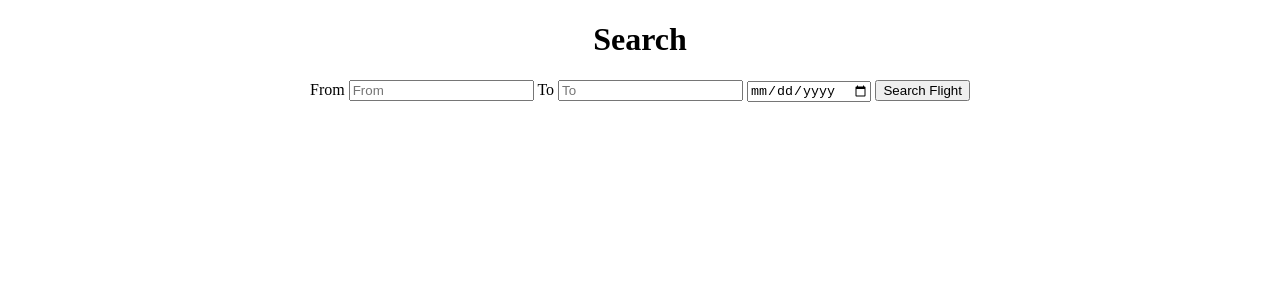
Repository: kalpesh3070/backend2
Page: flyaway/src/main/webapp/Home.html
An editor plug-in stored every save of this project. The page is shown before and after the next save, followed by the edit.
The browser window is 1280 px wide. The pictures show the whole page.

Above is the page before, as saved 2022-11-11 12:15:07.

After the next save:
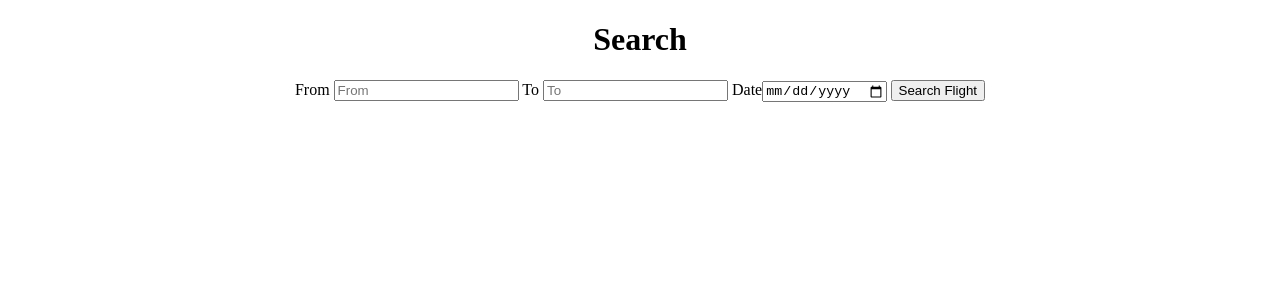
Saved 3 min 19 s later.
--- a/flyaway/src/main/webapp/Home.html
+++ b/flyaway/src/main/webapp/Home.html
@@ -12,7 +12,7 @@
 <input  type="text" name="from" placeholder="From">
 <lable>To</lable>
 <input type="text" name="To" placeholder="To">
-<input type="date" name="date">
+Date<input type="date" name="date">
 
 <input type="submit" value="Search Flight">
 
